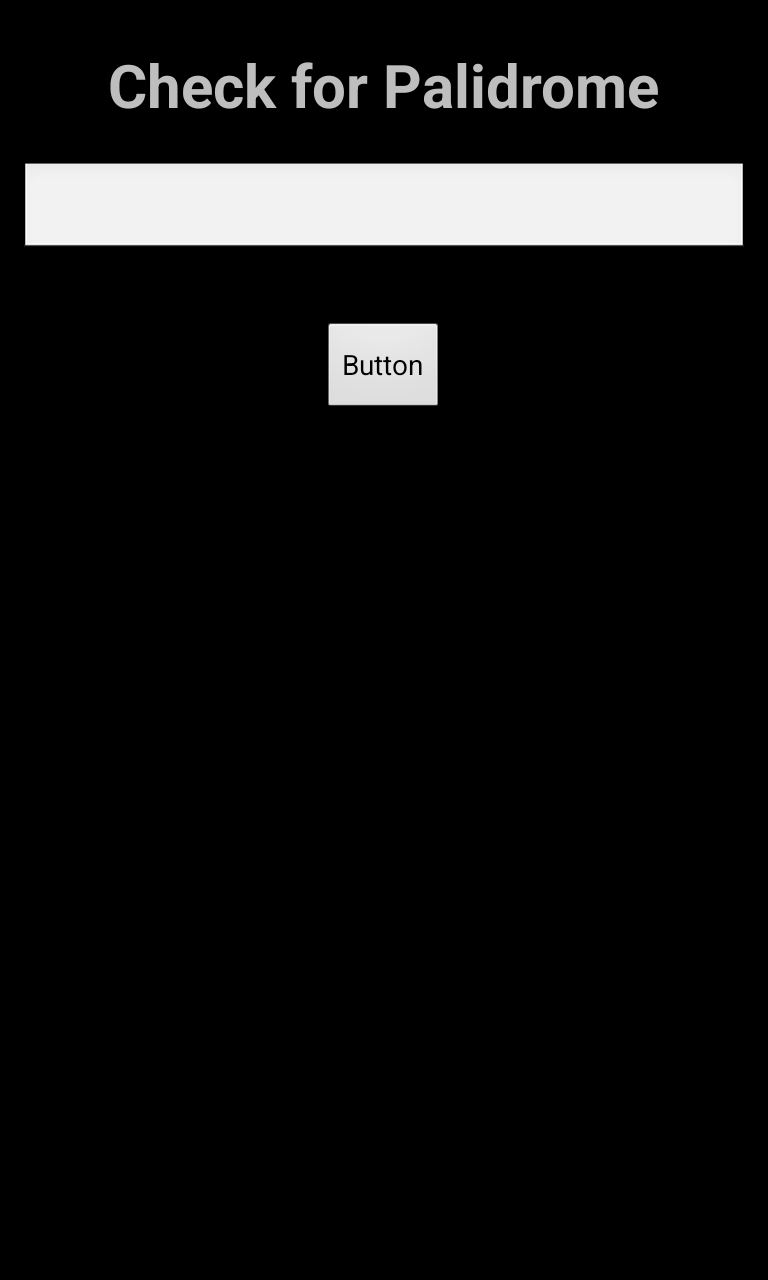
Repository: shinjikun/android-prjs-jenkins-sample
Layout: PalindromePrj/res/layout/main.xml
These files come from the project's save history. The layout is drawn as it stood at one moment and after the next save; the edit follows.
It is drawn on a 768 x 1280 px phone screen (xhdpi) without system bars, with theme android:Theme; the app's code is not run.

Above is the layout before, as saved 2012-09-23 03:12:34.

### PalindromePrj/res/layout/main.xml
<?xml version="1.0" encoding="utf-8"?>
<RelativeLayout xmlns:android="http://schemas.android.com/apk/res/android"
    android:id="@+id/RelativeLayout1"
    android:layout_width="fill_parent"
    android:layout_height="fill_parent"
    android:orientation="vertical" >

    <TextView
        android:id="@+id/textView1"
        android:layout_width="wrap_content"
        android:layout_height="wrap_content"
        android:layout_alignParentTop="true"
        android:layout_centerHorizontal="true"
        android:layout_marginTop="22dp"
        android:textStyle="bold"
        android:textSize="30dp"
        android:text="Check for Palidrome" />

    <EditText
        android:id="@+id/txtPalidrome"
        android:layout_width="fill_parent"
        android:layout_height="wrap_content"
        android:layout_below="@+id/textView1"
        android:layout_centerHorizontal="true"
        android:layout_marginTop="18dp"
        android:layout_marginLeft="10dp"
        android:layout_marginRight="10dp" >


    </EditText>

    <Button
        android:id="@+id/btnCheck"
        android:layout_width="wrap_content"
        android:layout_height="wrap_content"
        android:layout_below="@+id/txtPalidrome"
        android:layout_centerHorizontal="true"
        android:layout_marginTop="32dp"
        android:text="Button" />

</RelativeLayout>

After the next save:
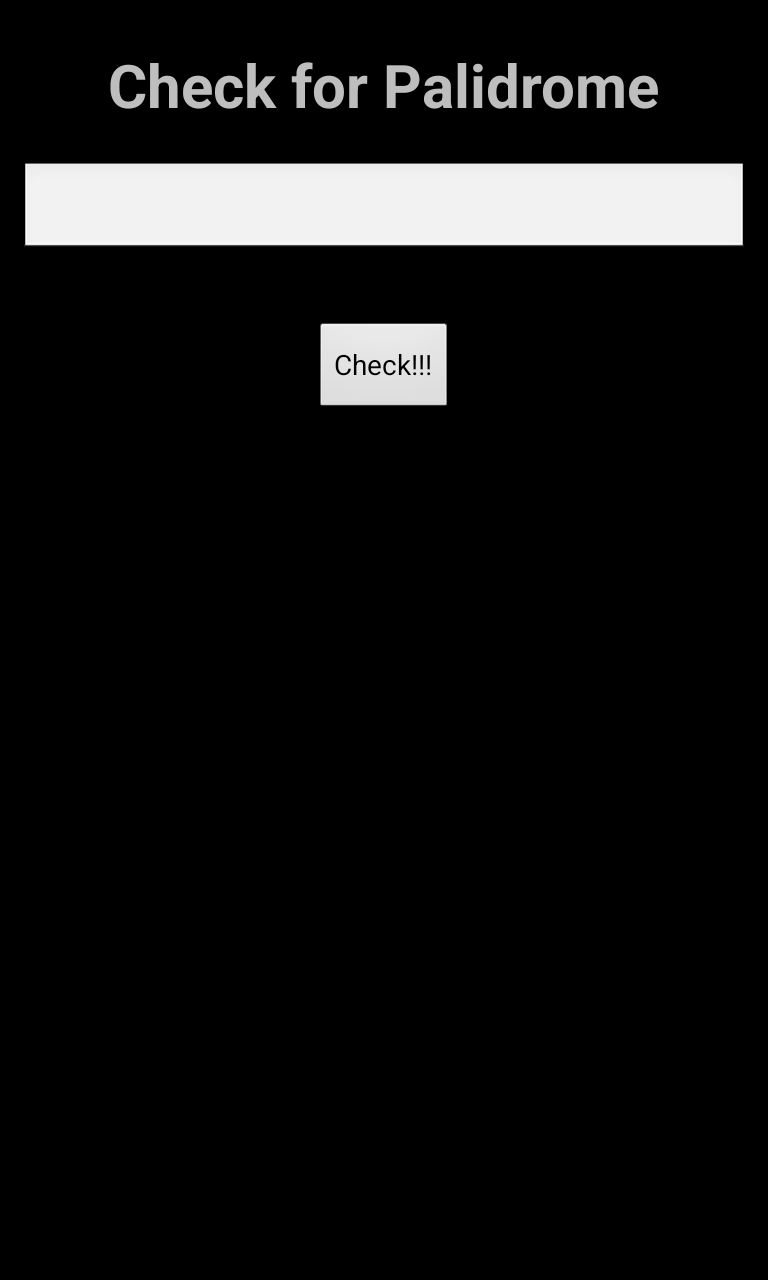
Saved 9 s later.
--- a/PalindromePrj/res/layout/main.xml
+++ b/PalindromePrj/res/layout/main.xml
@@ -36,6 +36,6 @@
         android:layout_below="@+id/txtPalidrome"
         android:layout_centerHorizontal="true"
         android:layout_marginTop="32dp"
-        android:text="Button" />
+        android:text="Check!!!" />
 
 </RelativeLayout>
